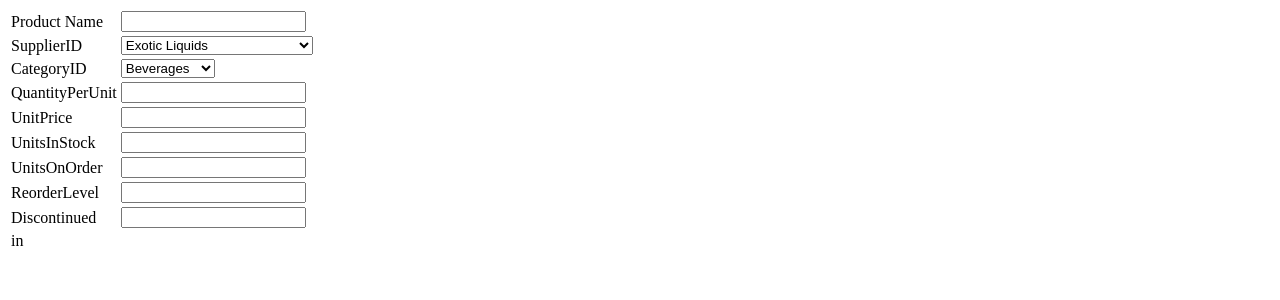
Repository: kaza1509/PRJ301
Page: SE1613/web/addProducts.html
These files come from the project's save history. The page is drawn as it stood at one moment and after a run of saves; the edit follows.
The browser window is 1280 px wide. The pictures show the whole page.

Above is the page before, as saved 2022-01-19 17:00:47.

### SE1613/web/addProducts.html
<!DOCTYPE html>
<html lang="en">
    <head>
        <meta charset="UTF-8">
        <meta http-equiv="X-UA-Compatible" content="IE=edge">
        <meta name="viewport" content="width=device-width, initial-scale=1.0">
        <title>Document</title>
    </head>
    <body>

        <form action="controllerProduct">
            <table>
                <tr>
                    <td>Product Name</td>
                    <td>
                        <input type="text" name="productName">
                    </td>
                </tr>
                <tr>
                    <td>SupplierID</td>
                    <td>
                        <select name="supplierId" id="SupplierID">
                            <option value="1">Exotic Liquids</option>
                            <option value="2">New Orleans Cajun Delights</option>
                            <option value="3">Grandma Kelly's Homestead</option>
                        </select>
                    </td>
                </tr>
                <tr>
                    <td>CategoryID</td>
                    <td>
                        <select name="categoryId" id="CategoryID">
                            <option value="1">Beverages</option>
                            <option value="2">Condiments</option>
                            <option value="3">Confections</option>
                        </select>
                    </td>
                </tr>
                <tr>
                    <td>QuantityPerUnit</td>
                    <td>
                        <input type="text" name="quantityPerUnit">
                    </td>
                </tr>
                <tr>
                    <td>UnitPrice</td>
                    <td>
                        <input type="number" name="unitPrice" id="">
                    </td>
                </tr>
                <tr>
                    <td>UnitsInStock</td>
                    <td>
                        <input type="number" name="" id="">
                    </td>
                </tr>
                <tr>
                    <td>UnitsOnOrder</td>
                    <td>
                        <input type="number" name="unitsInStock" id="">
                    </td>
                </tr>
                <tr>
                    <td>ReorderLevel</td>
                    <td>
                        <input type="number" name="reorderLevel" id="">
                    </td>
                </tr>
                <tr>
                    <td>Discontinued</td>
                    <td>
                        <input type="number" name="discontinued" id="">
                    </td>
                </tr>
                <tr>
                    <td>
                        in
                    </td>
                    <td></td>
                </tr>
            </table>
        </form>

    </body>
</html>

After the next 6 saves:
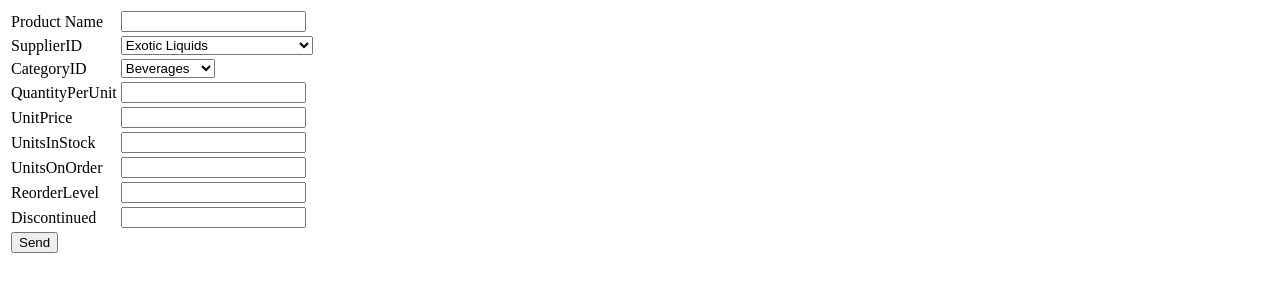
The 6 saves are shown as one change because they came seconds apart.
The last was saved 20 s later.
--- a/SE1613/web/addProducts.html
+++ b/SE1613/web/addProducts.html
@@ -74,7 +74,7 @@
                 </tr>
                 <tr>
                     <td>
-                        in
+                        <input type="submit" value="Send">
                     </td>
                     <td></td>
                 </tr>
